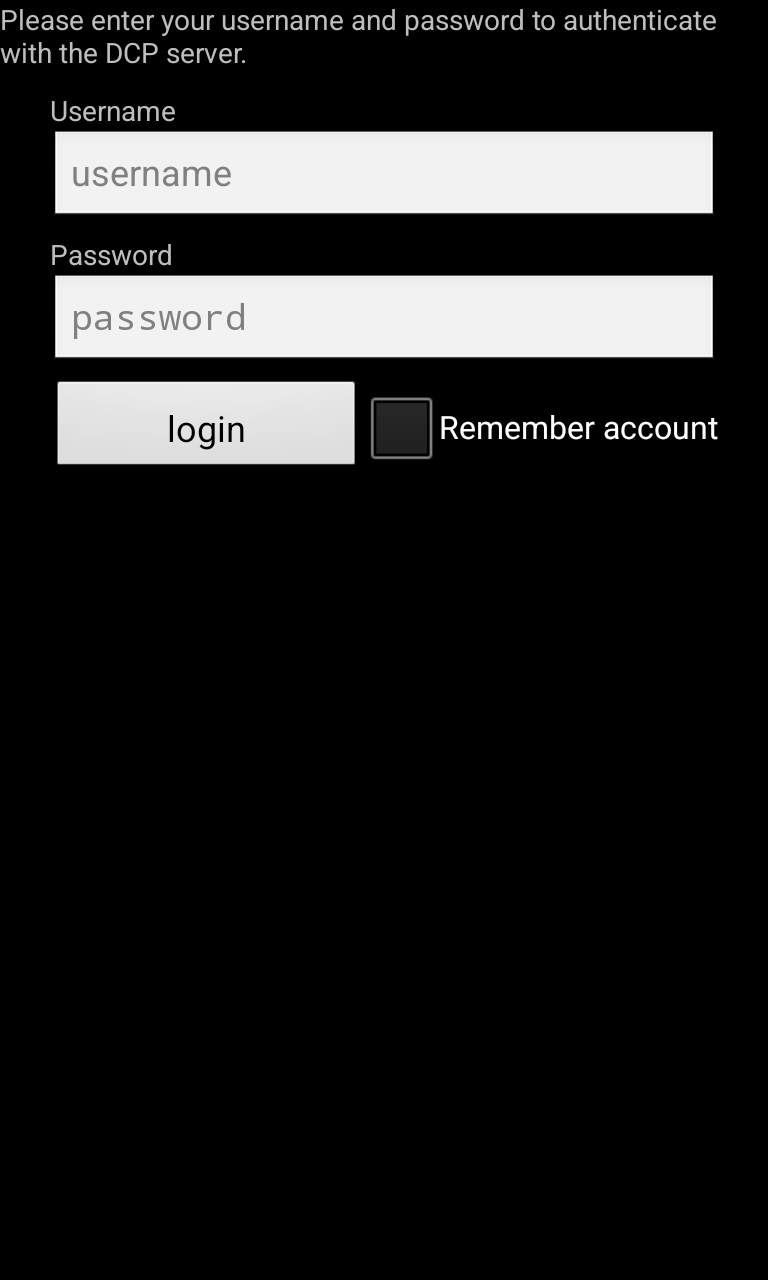
Repository: sergioenriquez/CSTE
Layout: HNAD/res/layout/login.xml
These files come from the project's save history. The layout is drawn as it stood at one moment and after the next save; the edit follows.
It is drawn on a 768 x 1280 px phone screen (xhdpi) without system bars, with theme android:Theme.NoTitleBar; the app's code is not run.

Above is the layout before, as saved 2011-12-19 05:23:05.

After the next save:
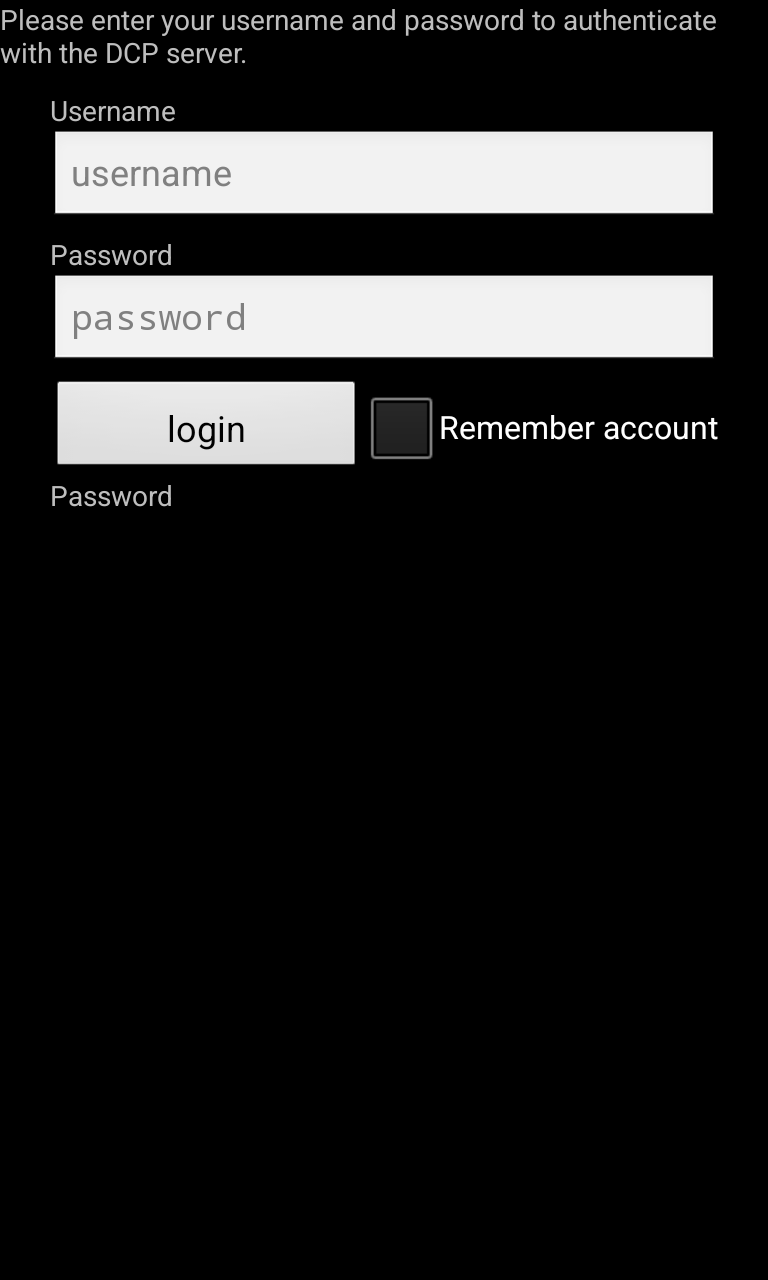
Saved 7 min 9 s later.
--- a/HNAD/res/layout/login.xml
+++ b/HNAD/res/layout/login.xml
@@ -63,4 +63,10 @@
 	        android:layout_width="wrap_content"
 			android:layout_height="wrap_content"/>
     </LinearLayout>
+    <TextView
+        android:id="@+id/debug"
+	    android:layout_width="fill_parent"
+	    android:layout_height="wrap_content"
+	    android:layout_marginLeft="25dp"
+	    android:text="Password" />
 </LinearLayout>
